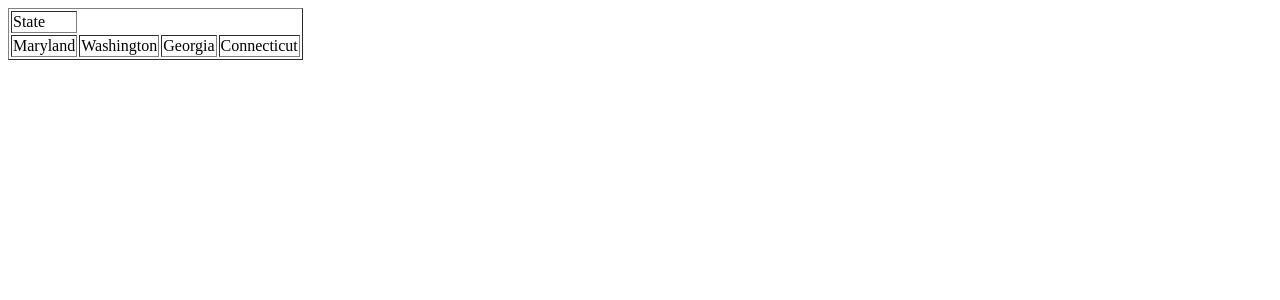
Repository: Kalecia24824/LocalRepo
Page: Front-End/College/Web-Development/Intro Into Web Development/My Own Activites/ListOfPlaces.html
The author's editor kept a record of every edit. The page is drawn from the files as they stood at one moment, then again after the next edit.
The browser window is 1280 px wide. The pictures show the whole page.

Above is the page before.

After the next edit:
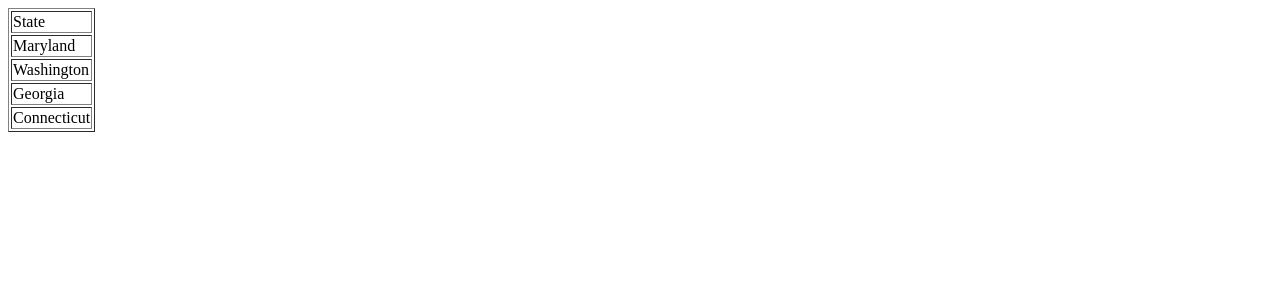
The edit:
--- a/Front-End/College/Web-Development/Intro Into Web Development/My Own Activites/ListOfPlaces.html
+++ b/Front-End/College/Web-Development/Intro Into Web Development/My Own Activites/ListOfPlaces.html
@@ -4,8 +4,11 @@
     </tr>
     <tr>
         <td>Maryland</td>
-        <td>Washington</td>
-        <td>Georgia</td>
-        <td>Connecticut</td>
+    </tr>
+        <tr><td>Washington</td></tr>
+        <tr><td>Georgia</td></tr>
+        <tr>
+            <td>Connecticut</td>
+        </tr>
     </tr>
 </table>
